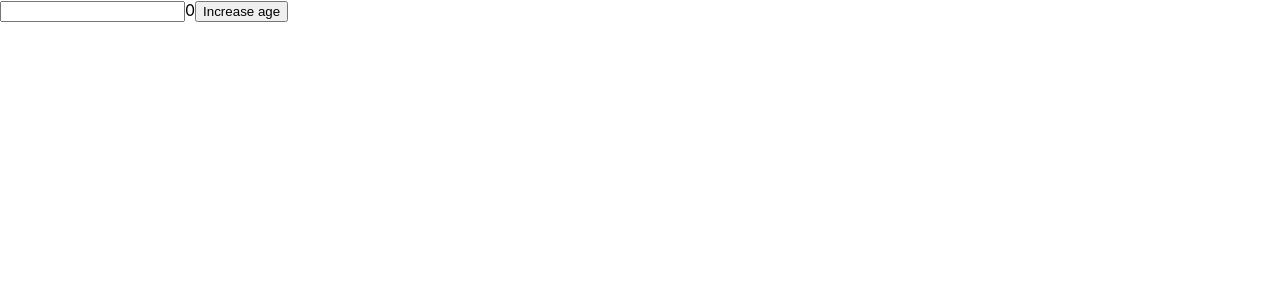
Repository: iamjayenmthakuri/todolist
Page: /
These files come from the project's save history. The page is drawn as it stood at one moment and after the next save; the edit follows.
The browser window is 1280 px wide. The pictures show the whole page.
The project was rebuilt for these pictures with package versions that can differ from the ones it lists, and the page was loaded fresh each time.

Above is the page before, as saved 2022-09-18 23:14:26.

### src/App.js
import React,{useState} from 'react';

function App() {
  const [age,setAge] =useState(0);
  const increaseAge =()=>{
    setAge(age+1);
  }
  const [inputValue,setInputValue]=useState("");
const handleInputChange =(event)=>{
  setInputValue(event.traget.value);
}
  return (
  <>
  <input type="text" onChange={handleInputChange} />
  {inputValue}




    {age}
    <button onClick={increaseAge}>Increase age</button>
    </>
  );
}

export default App;

Loaded but not shown: public/index.html (common file); src/index.js (common file); src/index.css (common file); src/reportWebVitals.js (common file)

After the next save:
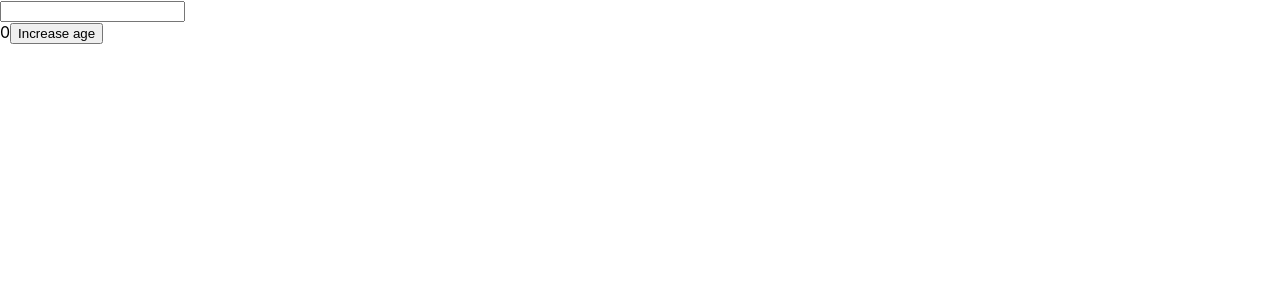
Saved 44 s later.
--- a/src/App.js
+++ b/src/App.js
@@ -5,7 +5,7 @@ function App() {
   const increaseAge =()=>{
     setAge(age+1);
   }
-  const [inputValue,setInputValue]=useState("");
+const [inputValue,setInputValue]=useState("");
 const handleInputChange =(event)=>{
   setInputValue(event.traget.value);
 }
@@ -14,11 +14,12 @@ const handleInputChange =(event)=>{
   <input type="text" onChange={handleInputChange} />
   {inputValue}
 
-
+<div>
 
 
     {age}
     <button onClick={increaseAge}>Increase age</button>
+    </div>
     </>
   );
 }
